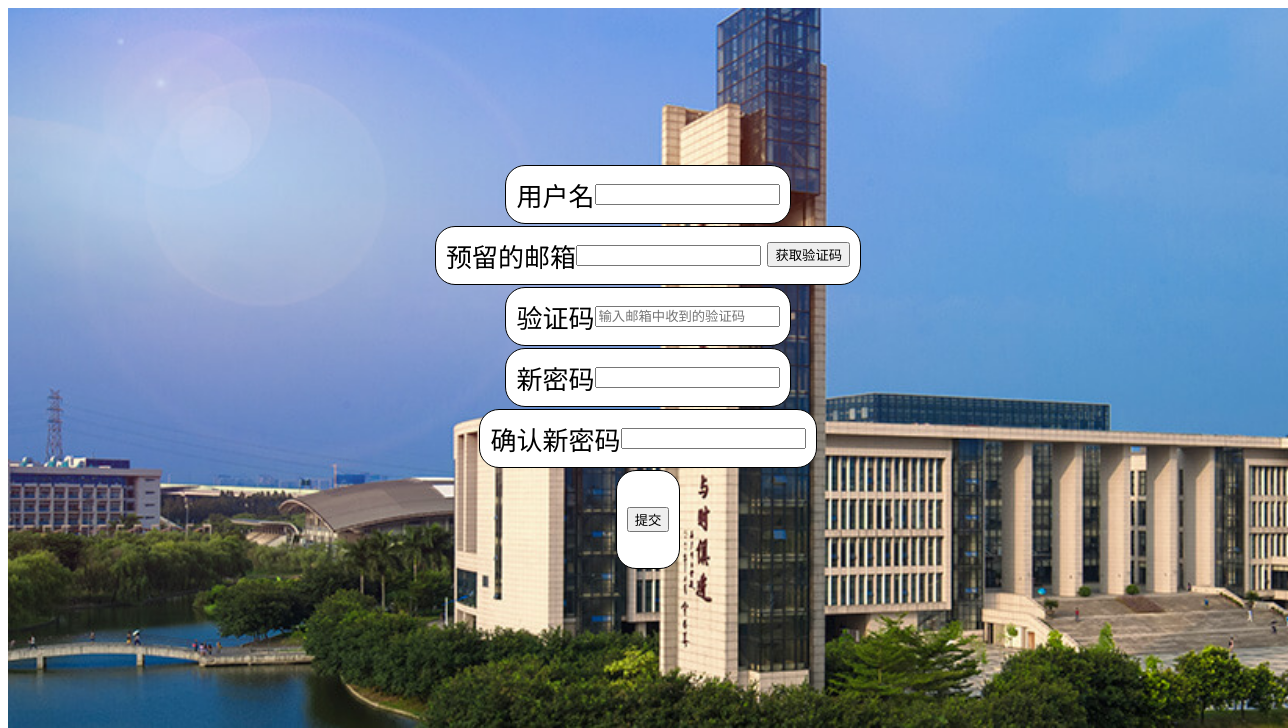
Repository: IAmJiangWenHao/ReportServer
Page: demo.html
These files come from the project's save history. The page is drawn as it stood at one moment and after the next save; the edit follows.
The browser window is 1280 px wide. The page is 1288 px wide, so the pictures cover 1288 px, including what lies to the right of the window. The pictures show the whole page.

Above is the page before, as saved 2023-05-16 12:38:34.

After the next save:
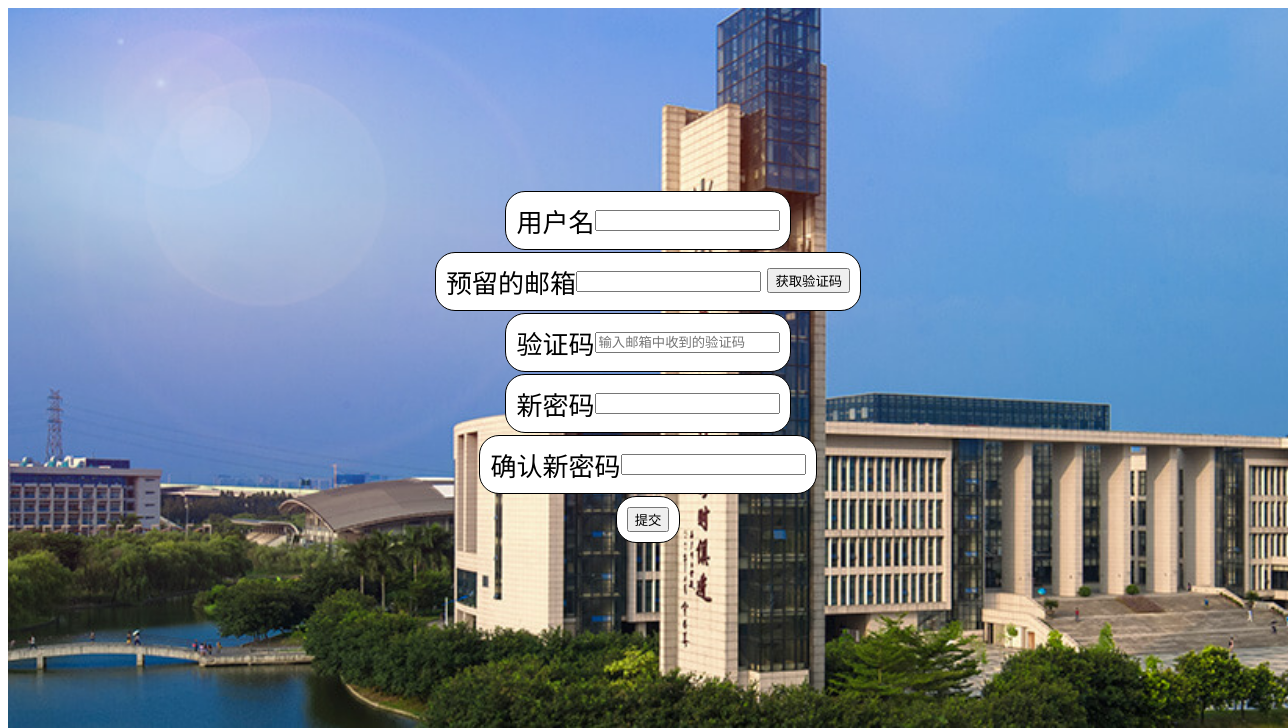
Saved 32 s later.
--- a/demo.html
+++ b/demo.html
@@ -57,7 +57,7 @@
         <div class="hang">新密码 <div id="new"><input type="password" id="idnewpass" name="newpass" ><div id="info_newpass" style="color: #ff0000;display:inline;"></div></div></div>
         <div class="hang">确认新密码 <div id="comfirm"><input type="password" id="idconfirmpass" name="confirmpass"></div>
 <input type="hidden" name="index" value="${index}"/></div>
-        <div class="hang"><p style="display: flex;"><input type="submit" id="submit" value="提交"></div>
+        <div class="hang"><p style="display: flex;margin:0"><input type="submit" id="submit" value="提交"></div>
       </form>
     </div>
     <script>
